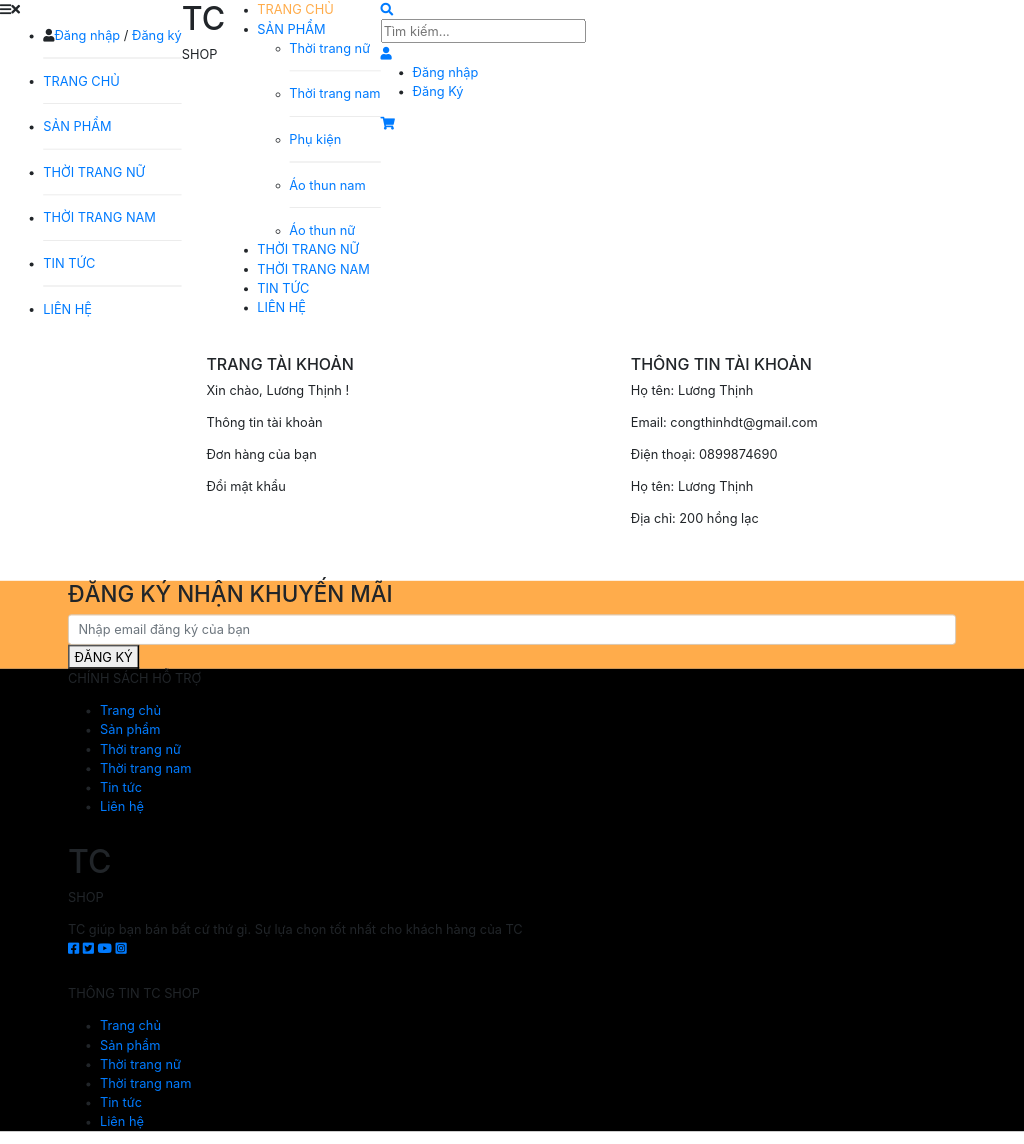
Repository: congthinh1701/TCshop
Page: ThongTinTaiKhoan.html
The author's editor kept a copy of each file at every save. The page is drawn from the files as they stood at one save, then again after the next save.
The browser window is 1280 px wide. The pictures show the whole page, at 80% of full size.
The style sheet was rebuilt from its Sass, Less or Tailwind sources for each picture, by a compiler version that may differ from the author's.

Above is the page before, as saved 2021-09-08 17:04:08.

### ThongTinTaiKhoan.html
<!DOCTYPE html>
<html lang="en">
<head>
    <meta charset="UTF-8">
    <meta http-equiv="X-UA-Compatible" content="IE=edge">
    <meta name="viewport" content="width=device-width, initial-scale=1.0">
    <title>Document</title>
    <link rel="stylesheet" href="fontawesome-free-5.15.4-web/css/all.css">
    <link rel="stylesheet" href="sass/style.css">
</head>
<body>
    <div id="headerID"> <!-- your header --> </div>
    <div class="container admin">
        <div class="trang-tai-khoan">
            <h5>TRANG TÀI KHOẢN</h5>
            <div class="trang-tai-khoan-hello">
                <p><span>Xin chào, </span>Lương Thịnh !</p>
            </div>
            <div class="trang-tai-khoan-thong-tin">
                <p>Thông tin tài khoản</p>
            </div>
            <div class="trang-tai-khoan-hello">
                <p>Đơn hàng của bạn</p>
            </div>
            <div class="trang-tai-khoan-hello">
                <p>Đổi mật khẩu</p>
            </div>
        </div>
        <div class="thong-tin-tai-khoan">
            <h5>THÔNG TIN TÀI KHOẢN</h5>
            <div class="thong-tin-tai-khoan-name">
                <p><span>Họ tên: </span>Lương Thịnh</p>
                <p><span>Email: </span>congthinhdt@gmail.com</p>
                <p><span>Điện thoại: </span>0899874690</p>
                <p><span>Họ tên: </span>Lương Thịnh</p>
                <p><span>Địa chỉ: </span>200 hồng lạc</p>
            </div>
        </div>
    </div>
    <div id="footerID"> <!-- your header --> </div>
    <script src="https://cdnjs.cloudflare.com/ajax/libs/jquery/3.6.0/jquery.min.js" integrity="sha512-894YE6QWD5I59HgZOGReFYm4dnWc1Qt5NtvYSaNcOP+u1T9qYdvdihz0PPSiiqn/+/3e7Jo4EaG7TubfWGUrMQ==" crossorigin="anonymous" referrerpolicy="no-referrer"></script>
    <script>
        $("#headerID").load("header.html");
        $("#footerID").load("footer.html");
      </script>
</body>
</html>

### header.html
<!DOCTYPE html>
<html lang="en">
<head>
    <meta charset="UTF-8">
    <meta http-equiv="X-UA-Compatible" content="IE=edge">
    <meta name="viewport" content="width=device-width, initial-scale=1.0">
    <title>Document</title>
    <link rel="stylesheet" href="assets/css/style.css">
    <link rel="stylesheet" href="assets/css/base.css">
    <link rel="stylesheet" href="fontawesome-free-5.15.4-web/css/all.css">
    <link rel="stylesheet" href="https://maxcdn.bootstrapcdn.com/bootstrap/4.1.3/css/bootstrap.min.css">
    <script src="https://maxcdn.bootstrapcdn.com/bootstrap/4.1.3/js/bootstrap.min.js"></script>
</head>
<body>
    <div class="container-lg">
        <div class="nav">
            <label for="nav-mobile-input" class="nav_bars-btn">
                <i class="fas fa-bars"></i>
            </label>

            <input hidden type="checkbox" name="" class="nav_input" id="nav-mobile-input">
            <label for="nav-mobile-input" class="nav_overlay"></label>
            <nav class="nav-mobile">
                <label for="nav-mobile-input" class="nav__mobile-close">
                    <i class="fas fa-times"></i>
                </label>
                <ul class="nav__mobile-list">

                    <li class="nav__mobile-list-user">

                        <p><i class="fas fa-user"></i><a href="#">Đăng nhập</a> <span>/</span> <a href="#">Đăng ký</a>
                        </p>
                    </li>
                    <hr>
                    <li>
                        <a href="" class="nav__mobile-link">TRANG CHỦ</a>
                    </li>
                    <hr>
                    <li>
                        <a href="" class="nav__mobile-link">SẢN PHẨM</a>
                    </li>
                    <hr>
                    <li>
                        <a href="" class="nav__mobile-link">THỜI TRANG NỮ</a>
                    </li>
                    <hr>
                    <li>
                        <a href="" class="nav__mobile-link">THỜI TRANG NAM</a>
                    </li>
                    <hr>
                    <li>
                        <a href="" class="nav__mobile-link">TIN TỨC</a>
                    </li>
                    <hr>
                    <li>
                        <a href="" class="nav__mobile-link">LIÊN HỆ</a>
                    </li>
                </ul>
            </nav>
            <div class="nav-logo">
                <h1>TC</h1>
                <p>SHOP</p>
            </div>
            <nav class="nav-pc">
                <ul class="nav__list">
                    <li>
                        <a style="color:#ffac4b" href="home.html" class="nav__link">TRANG CHỦ</a>
                    </li>
                    <li class="options">
                        <a href="" class="nav__link">SẢN PHẨM</a>
                        <div class="nav__link-options">
                            <ul class="nav__link-options-list">
                                <li><a href="#">Thời trang nữ</a></li>
                                <hr>
                                <li><a href="#">Thời trang nam</a></li>
                                <hr>
                                <li><a href="#">Phụ kiện</a></li>
                                <hr>
                                <li><a href="#">Áo thun nam</a></li>
                                <hr>
                                <li><a href="#">Áo thun nữ</a></li>
                            </ul>
                        </div>
                    </li>
                    <li>
                        <a href="" class="nav__link">THỜI TRANG NỮ</a>
                    </li>
                    <li>
                        <a href="" class="nav__link">THỜI TRANG NAM</a>
                    </li>
                    <li>
                        <a href="" class="nav__link">TIN TỨC</a>
                    </li>
                    <li>
                        <a href="" class="nav__link">LIÊN HỆ</a>
                    </li>
                </ul>
            </nav>
            <div class="nav-right">
                <div class="search">
                    <a href="#"><i class="fas fa-search"></i></a>
                    <div class="search-hover">
                        <form>
                            <input class="search" type="text" name="search" placeholder="Tìm kiếm..." />
                        </form>
                    </div>
                </div>
                <div class="user">
                    <a href="#"> <i class="fas fa-user"></i></a>
                    <div class="user-hover">
                        <ul class="user-hover-list">
                            <li class="nav_link"><a href="#">Đăng nhập</a></li>
                            <li><a href="#">Đăng Ký</a></li>
                        </ul>
                    </div>
                </div>
                <div class="shopping">
                    <a href="card.html"><i class="fas fa-shopping-cart"></i></a>

                </div>
            </div>


        </div>
    </div>
</body>
</html>

### footer.html
<!DOCTYPE html>
<html lang="en">
<head>
    <meta charset="UTF-8">
    <meta http-equiv="X-UA-Compatible" content="IE=edge">
    <meta name="viewport" content="width=device-width, initial-scale=1.0">
    <title>Document</title>
    <link rel="stylesheet" href="assets/css/style.css">
    <link rel="stylesheet" href="assets/css/base.css">
    <link rel="stylesheet" href="fontawesome-free-5.15.4-web/css/all.css">
    <link rel="stylesheet" href="https://maxcdn.bootstrapcdn.com/bootstrap/4.1.3/css/bootstrap.min.css">
    <script src="https://maxcdn.bootstrapcdn.com/bootstrap/4.1.3/js/bootstrap.min.js"></script>
</head>
<body>
    <div class="container-lg" style="background-color: #ffac4b; margin-top: 50px;">
        <div class="container dangky">
            <div class="dangky-left">
                <h3>ĐĂNG KÝ NHẬN KHUYẾN MÃI</h3>
            </div>
            <div class="dangky-right">
                <form>
                    <input class="form-control" type="text" placeholder="Nhập email đăng ký của bạn">
                    <button type="button">ĐĂNG KÝ</button>
                </form>
            </div>
        </div>
    </div>

    <div class="container-lg" style="background-color: black">
        <div class="container footer">
            <div class="chinhsach-hotro">
                <p class="header">CHÍNH SÁCH HỖ TRỢ</p>
                <ul class="nav-list">
                    <li class="nav_link"><a href="#">Trang chủ</a></li>
                    <li class="nav_link"><a href="#">Sản phẩm</a></li>
                    <li class="nav_link"><a href="#">Thời trang nữ</a></li>
                    <li class="nav_link"><a href="#">Thời trang nam</a></li>
                    <li class="nav_link"><a href="#">Tin tức</a></li>
                    <li class="nav_link"><a href="#">Liên hệ</a></li>
                </ul>
            </div>
            <hr>
            <div class="ketnoi-shop">
                <h1>TC</h1>
                <p>SHOP</p>
                <span>TC giúp bạn bán bất cứ thứ gì. Sự lựa chọn tốt nhất cho khách hàng của TC</span>
                <div class="mangxahoi">
                    <a href="#"><i class="fab fa-facebook-square"></i></a>
                    <a href="#"><i class="fab fa-twitter-square"></i></a>
                    <a href="#"><i class="fab fa-youtube"></i></a>
                    <a href="#"><i class="fab fa-instagram-square"></i></a>
                </div>
            </div>
            <hr>
            <div class="thongtin-shop">
                <p class="header">THÔNG TIN TC SHOP</p>
                <ul class="nav-list">
                    <li class="nav_link"><a href="#">Trang chủ</a></li>
                    <li class="nav_link"><a href="#">Sản phẩm</a></li>
                    <li class="nav_link"><a href="#">Thời trang nữ</a></li>
                    <li class="nav_link"><a href="#">Thời trang nam</a></li>
                    <li class="nav_link"><a href="#">Tin tức</a></li>
                    <li class="nav_link"><a href="#">Liên hệ</a></li>
                </ul>
            </div>
        </div>
    </div>
</body>
</html>

### assets/css/base.css
:root{
    --primary-color:#EE4D2D;
    --primary-color-rgba:rgb(238,75,43);
    --white-color:#fff;
    --black-color:#000;
    --text-color:#333333;
    --font-weight:700;
    --font-size-product:19px;
    --font-weight-product:400;
    --font-size-price:18px;
    --header-height:120px;
    --navbar-height:34px;
    --header-with-search-height:calc(var(var(--header-height)-var(var(--navbar-height))))

}

### sass/style.scss

$text-color:red;
$text-fontSize:20px;
$text-fontSizeTK:22px;
$fontWeight:500;

.admin{
    display:flex;
    justify-content: space-around;
    --columns:2;
    margin-top: 30px;
}

Loaded but not shown: fontawesome-free-5.15.4-web/css/all.css (library)

After the next save:
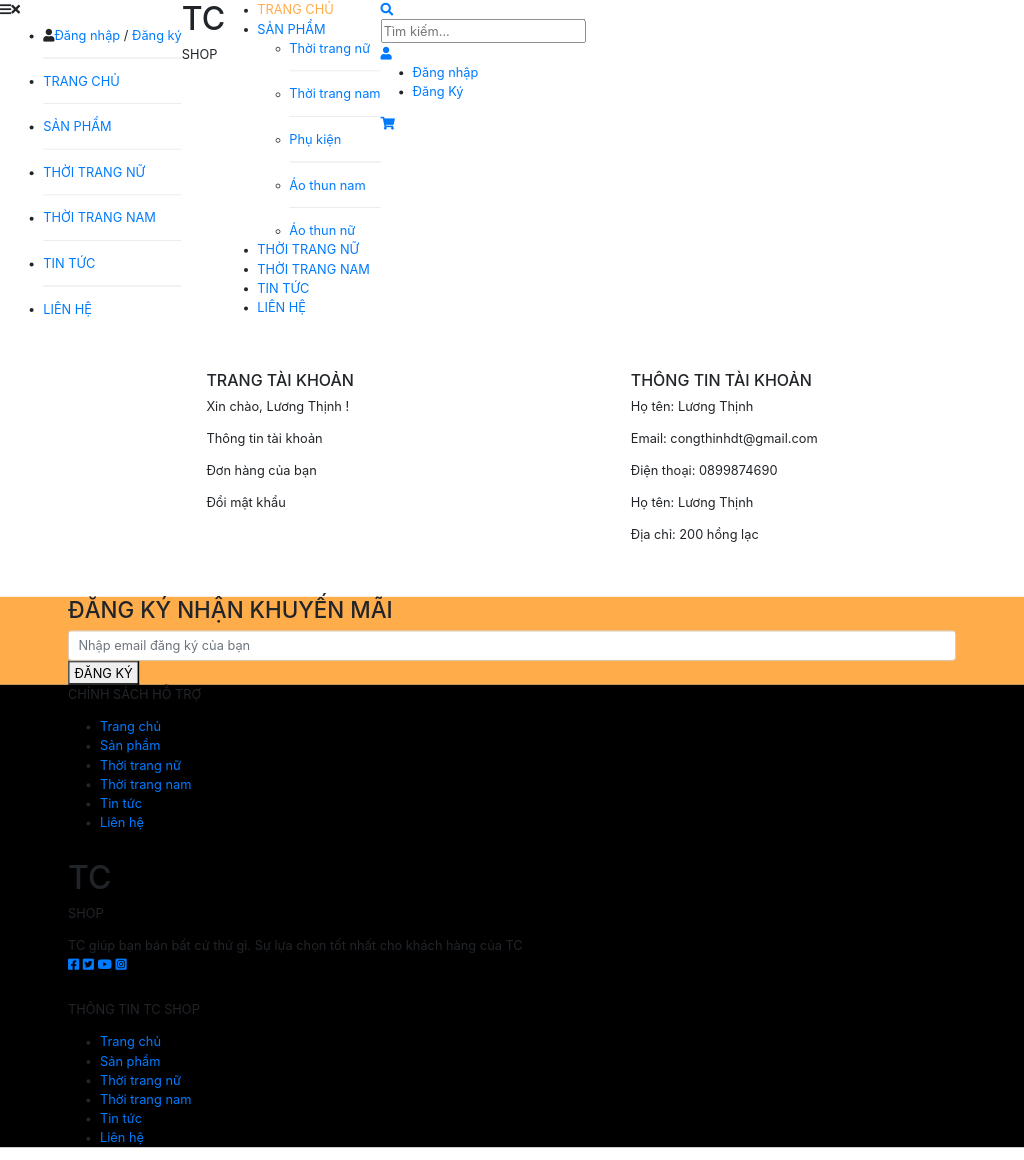
Saved 5 s later.
--- a/sass/style.scss
+++ b/sass/style.scss
@@ -8,5 +8,5 @@ $fontWeight:500;
     display:flex;
     justify-content: space-around;
     --columns:2;
-    margin-top: 30px;
+    margin-top: 50px;
 }
